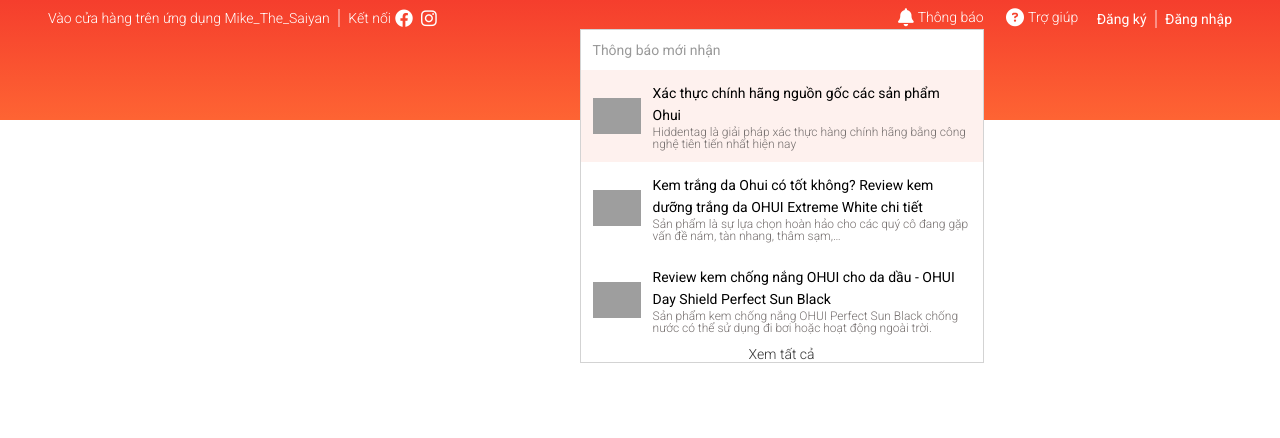
Repository: thefellowshiplotr/project_shopee
Page: index.html
These files come from the project's save history. The page is drawn as it stood at one moment and after the next save; the edit follows.
The browser window is 1280 px wide. The pictures show the whole page.
Pictures or frames that could not be fetched are drawn as grey boxes.

Above is the page before, as saved 2022-11-07 10:40:29.

### index.html
<!DOCTYPE html>
<html lang="en">
  <head>
    <meta charset="UTF-8" />
    <meta http-equiv="X-UA-Compatible" content="IE=edge" />
    <meta name="viewport" content="width=device-width, initial-scale=1.0" />
    <title>Shopee</title>
    <link
      rel="stylesheet"
      href="https://cdnjs.cloudflare.com/ajax/libs/normalize/8.0.1/normalize.min.css"
      integrity="sha512-NhSC1YmyruXifcj/KFRWoC561YpHpc5Jtzgvbuzx5VozKpWvQ+4nXhPdFgmx8xqexRcpAglTj9sIBWINXa8x5w=="
      crossorigin="anonymous"
      referrerpolicy="no-referrer"
    />
    <link rel="preconnect" href="https://fonts.googleapis.com" />
    <link rel="preconnect" href="https://fonts.gstatic.com" crossorigin />
    <link
      href="https://fonts.googleapis.com/css2?family=Roboto:wght@300;400;500;700&display=swap"
      rel="stylesheet"
    />
    <link rel="stylesheet" href="./assets/css/base.css" />
    <link rel="stylesheet" href="./assets/css/main.css" />
    <link
      rel="stylesheet"
      href="./assets/fonts/fontawesome-free-6.2.0-web/fontawesome-free-6.2.0-web/css/all.min.css"
    />
  </head>
  <body>
    <div class="wrapper">
      <header class="header">
        <div class="grid">
          <nav class="header__navbar">
            <ul class="header__navbar-list">
              <li
                class="header__navbar-item header__navbar-item-has-qr header__navbar-item--separate"
              >
                Vào cửa hàng trên ứng dụng Mike_The_Saiyan

                <!-- Header QR -->
                <div class="header__qr">
                  <img
                    src="./assets/img/QR-shopee.png"
                    alt="QR code"
                    class="header__qr-img"
                  />
                  <div class="header__qr-apps">
                    <a href="" class="header__qr-link">
                      <img
                        src="./assets/img/appstore.png"
                        alt="Appstore"
                        class="header__qr-download-img"
                      />
                    </a>
                    <a href="" class="header__qr-link">
                      <img
                        src="./assets/img/google-play.png"
                        alt="Google Play"
                        class="header__qr-download-img"
                      />
                    </a>
                    <a href="" class="header__qr-link">
                      <img
                        src="./assets/img/app-galery.png"
                        alt="App Galary"
                        class="header__qr-download-img"
                      />
                    </a>
                  </div>
                </div>
              </li>
              <li class="header__navbar-item">
                <span class="header__navbar-title--no-pointer">Kết nối</span>
                <a href="" class="header__navbar-icon-link"
                  ><i class="header__navbar-icon fa-brands fa-facebook"></i
                ></a>
                <a href="" class="header__navbar-icon-link"
                  ><i class="header__navbar-icon fa-brands fa-instagram"></i
                ></a>
              </li>
            </ul>
            <ul class="header__navbar-list">
              <li class="header__navbar-item">
                <a href="" class="header__navbar-item-link">
                  <i class="header__navbar-icon fa-solid fa-bell"></i>
                  Thông báo
                </a>
                <div class="header__notify">
                  <header class="header__notify-header">
                    <h3>Thông báo mới nhận</h3>
                  </header>
                  <ul class="header__notify-list">
                    <li class="header__notify-item header__notify-item--viewed">
                      <a href="" class="header__notify-link">
                        <img
                          src="https://cdn.abphotos.link/photos/resized/200x120/83-1625652146-myphamohui-lgvina.png"
                          alt=""
                          class="header__notify-img"
                        />
                        <div class="header__notify-info">
                          <span class="header__notify-name"
                            >Xác thực chính hãng nguồn gốc các sản phẩm
                            Ohui</span
                          >
                          <span class="header__notify-description"
                            >Hiddentag là giải pháp xác thực hàng chính hãng
                            bằng công nghệ tiên tiến nhất hiện nay</span
                          >
                        </div>
                      </a>
                    </li>
                    <li class="header__notify-item">
                      <a href="" class="header__notify-link">
                        <img
                          src="https://cdn.abphotos.link/photos/resized/200x120/1653708536-php4dvzf5.png"
                          alt=""
                          class="header__notify-img"
                        />
                        <div class="header__notify-info">
                          <span class="header__notify-name"
                            >Kem trắng da Ohui có tốt không? Review kem dưỡng
                            trắng da OHUI Extreme White chi tiết</span
                          >
                          <span class="header__notify-description"
                            >Sản phẩm là sự lựa chọn hoàn hảo cho các quý cô
                            đang gặp vấn đề nám, tàn nhang, thâm sạm,…</span
                          >
                        </div>
                      </a>
                    </li>
                    <li class="header__notify-item">
                      <a href="" class="header__notify-link">
                        <img
                          src="https://cdn.abphotos.link/photos/resized/200x120/1653706577-phpmugy75.png"
                          alt=""
                          class="header__notify-img"
                        />
                        <div class="header__notify-info">
                          <span class="header__notify-name"
                            >Review kem chống nắng OHUI cho da dầu - OHUI Day
                            Shield Perfect Sun Black</span
                          >
                          <span class="header__notify-description"
                            >Sản phẩm kem chống nắng OHUI Perfect Sun Black
                            chống nước có thể sử dụng đi bơi hoặc hoạt động
                            ngoài trời.</span
                          >
                        </div>
                      </a>
                    </li>
                  </ul>
                  <footer class="header__notify-footer">
                    <a href="" class="header__notify-footer-btn">Xem tất cả</a>
                  </footer>
                </div>
              </li>
              <li class="header__navbar-item">
                <a href="" class="header__navbar-item-link">
                  <i
                    class="header__navbar-icon fa-solid fa-circle-question"
                  ></i>
                  Trợ giúp
                </a>
              </li>
              <li
                class="header__navbar-item header__navbar-item--strong header__navbar-item--separate"
              >
                Đăng ký
              </li>
              <li class="header__navbar-item header__navbar-item--strong">
                Đăng nhập
              </li>
            </ul>
          </nav>
        </div>
      </header>

      <div class="container"></div>

      <footer class="footer"></footer>
    </div>
  </body>
</html>

### assets/css/base.css
:root {
  --primary-color: #ee4d2d;
  --white-color: #fff;
  --black-color: #000;
  --text-color: #333;
}

* {
  box-sizing: inherit;
}

html {
  font-size: 62.5%; /* Sử dụng kĩ thuật HACK*/
  line-height: 1.6rem;
  font-family: "Roboto", sans-serif;
  box-sizing: border-box;
}

.grid {
  width: 1200px;
  max-width: 100%;
  margin: 0 auto;
}

.grid__full-width {
  width: 100%;
}

.grid__row {
  display: flex;
  flex-wrap: wrap;
}

/* Animation */
@keyframes fadeIn {
  from {
    opacity: 0;
  }
  to {
    opacity: 1;
  }
}

### assets/css/main.css
.header {
  height: 120px;
  background-image: linear-gradient(0, #fe6433, #f53e2d);
}

.header__navbar {
  display: flex;
  justify-content: space-between;
  align-items: center;
}

.header__navbar-list {
  list-style: none;
  padding-left: 0;
  margin-top: 4px;
}

.header__navbar-item {
  margin: 0 8px;
  position: relative;
  min-height: 25px;
}

.header__navbar-item-has-qr:hover .header__qr {
  display: block;
}

.header__navbar-item,
.header__navbar-item-link {
  display: inline-block;
  font-size: 1.4rem;
  color: var(--white-color);
  text-decoration: none;
  font-weight: 300;
}

.header__navbar-item,
.header__navbar-item-link,
.header__navbar-icon-link {
  display: inline-flex;
  align-items: center;
}

.header__navbar-item:hover,
.header__navbar-item-link:hover,
.header__navbar-icon-link:hover {
  cursor: pointer;
  color: rgba(255, 255, 255, 0.7);
}

.header__navbar-item--strong {
  font-weight: 400;
}

.header__navbar-item--separate::after {
  content: "";
  display: block;
  position: absolute;
  border: 1px solid #fb9086;
  height: 16px;
  right: -10px;
  top: 50%;
  transform: translateY(-50%);
}

.header__navbar-icon-link {
  color: var(--white-color);
  text-decoration: none;
}

.header__navbar-icon {
  font-size: 1.8rem;
  margin: 0 4px;
}

.header__navbar-title--no-pointer {
  cursor: text;
  color: var(--white-color);
}

/* Header QR code*/
.header__qr {
  width: 186px;
  background-color: var(--white-color);
  position: absolute;
  left: 0;
  top: 118%; /* làm cho nó cao bằng 100% chiều cao của thằng chứa nó*/
  padding: 8px;
  border-radius: 2px;
  display: none;
  animation: fadeIn ease-in 0.4s;
}

.header__qr::before {
  position: absolute;
  left: 0;
  top: -16px;
  width: 100%;
  height: 20px;
  content: "";
  display: block;
}

.header__qr-img {
  width: 100%;
}

.header__qr-apps {
  display: flex;
  justify-content: space-between;
  flex-wrap: wrap;
  margin-top: 5px;
}

.header__qr-link:nth-child(1) {
  margin-left: 9px;
}

.header__qr-link:nth-child(2) {
  margin-right: 9px;
}
.header__qr-link:nth-child(3) {
  margin-left: 8px;
  margin-top: 8px;
}

.header__qr-download-img {
  height: 16px;
}

/* header notification */

.header__notify {
  position: absolute;
  top: 100%;
  width: 404px;
  right: 0;
  border: 1px solid #d3d3d3;
  background-color: var(--white-color);
}

.header__notify-header {
  height: 40px;
  background-color: var(--white-color);
}

.header__notify-header h3 {
  color: #999;
  margin: 0 0 0 12px;
  font-weight: 400;
  font-size: 1.4rem;
  line-height: 40px;
}

.header__notify-list {
  padding-left: 0;
}

.header__notify-item {
  display: flex;
}

.header__notify-item:hover {
  background-color: #f7f7f7;
}

.header__notify-item--viewed {
  background-color: rgba(238, 75, 43, 0.08);
}

.header__notify-link {
  display: flex;
  width: 100%;
  padding: 12px;
  text-decoration: none;
}

.header__notify-img {
  width: 48px;
  object-fit: contain;
}

.header__notify-info {
  margin-left: 12px;
}

.header__notify-name {
  display: block;
  color: var(--black-color);
  font-size: 1.4rem;
  font-weight: 400;
  line-height: calc(2.2 / 1.4);
}

.header__notify-description {
  display: block;
  font-size: 1.2rem;
  line-height: 1.2rem;
  color: #756f6e;
}

.header__notify-footer {
  text-align: center;
}

.header__notify-footer-btn {
  text-decoration: none;
  color: var(--text-color);
  padding: 4px 16px;
}

Loaded but not shown: assets/fonts/fontawesome-free-6.2.0-web/fontawesome-free-6.2.0-web/css/all.min.css (library)

After the next save:
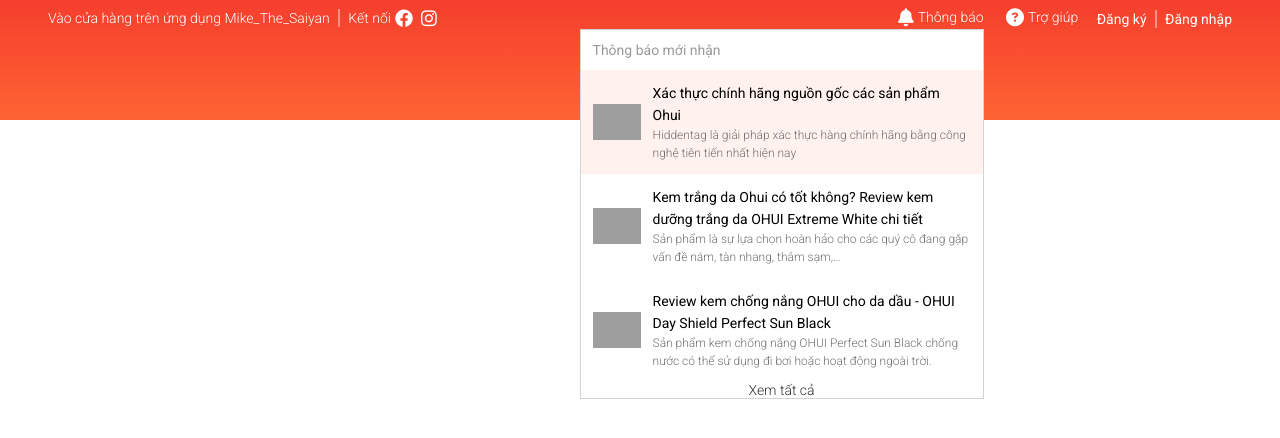
Saved 11 s later.
--- a/assets/css/main.css
+++ b/assets/css/main.css
@@ -195,7 +195,7 @@
 .header__notify-description {
   display: block;
   font-size: 1.2rem;
-  line-height: 1.2rem;
+  line-height: calc(1.8 / 1.2);
   color: #756f6e;
 }
 
